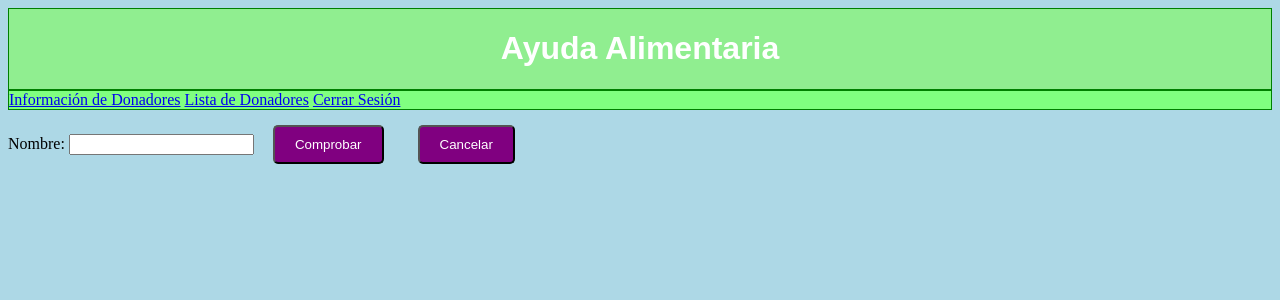
Repository: sonicspeed1/examen1_codigo_bryansantillan
Page: http://localhost/examen_1_bryan_santillan/informacion_donadores.jsp
An editor plug-in stored every save of this project. The page is shown before and after the next save, followed by the edit.
The browser window is 1280 px wide. The pictures show the whole page.
The page is served by Tomcat 9.

Above is the page before, as saved 2024-05-26 20:48:07.

After the next save:
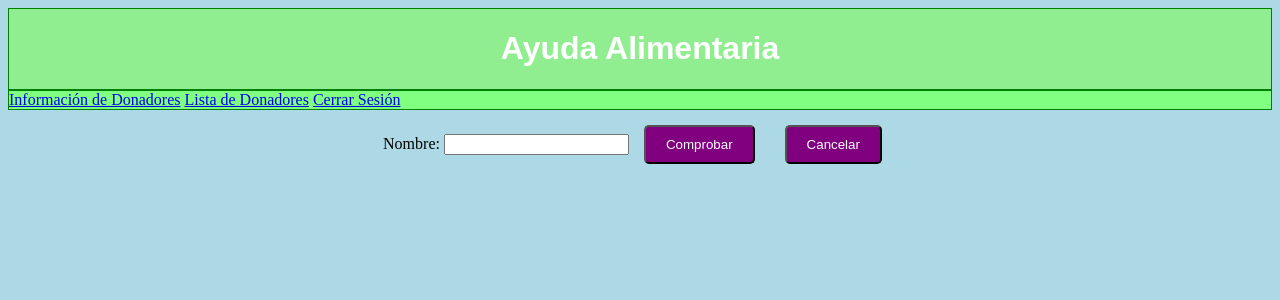
Saved 21 min 59 s later.
--- a/examen_1_bryan_santillan/src/main/webapp/informacion_donadores.jsp
+++ b/examen_1_bryan_santillan/src/main/webapp/informacion_donadores.jsp
@@ -19,11 +19,12 @@
 </ul>
 </nav>
 <form action="informacion_donadores.jsp" method="post">
+ <div class="item_login">
 <label>Nombre: <input type="text" name="nom"></label>
 <input type="submit" class="button" value="Comprobar">
 <input type="reset" class="button" value="Cancelar">
 </form>
-
+</div>
 <%
     usuario us = new usuario();
     String nombre = request.getParameter("nom");
